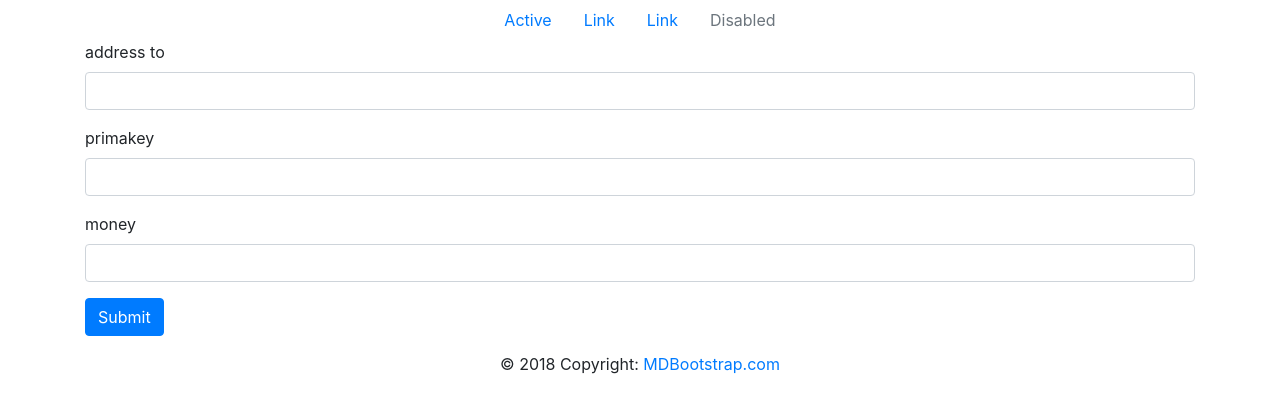
Repository: tienvins/vinsofts-blockchain-training-Oct2018
Page: http://localhost/
The author's editor kept a copy of each file at every save. The page is drawn from the files as they stood at one save, then again after the next save.
The browser window is 1280 px wide. The pictures show the whole page.
The page is served by the project's Node server (index.js).

Above is the page before, as saved 2018-11-06 09:34:49.

After the next save:
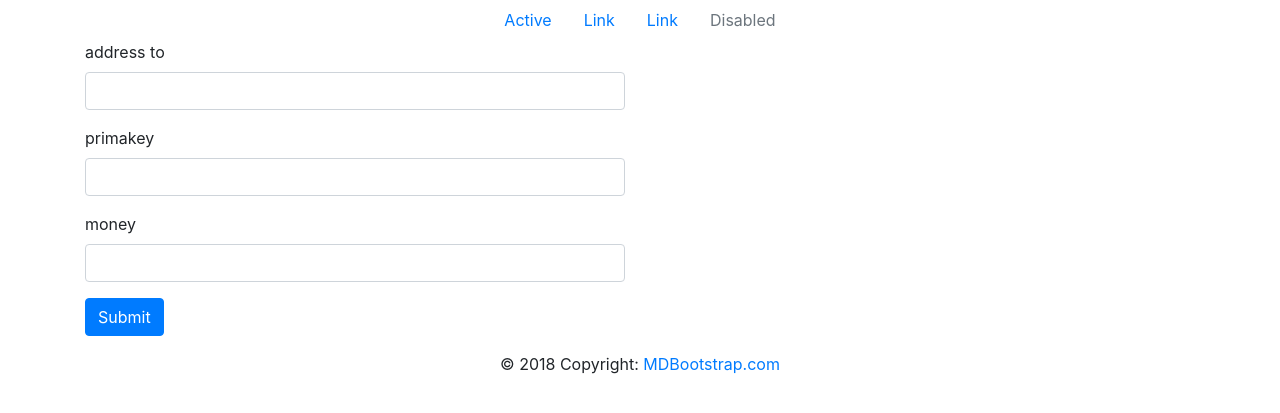
Saved 3 min 16 s later.
--- a/tunglt/dappbetting/views/home/index.ejs
+++ b/tunglt/dappbetting/views/home/index.ejs
@@ -2,21 +2,25 @@
 <!-- Header End -->
 
 <div class="container">
-  <form method="POST" action="transfer">
-    <div class="form-group">
-      <label>address to</label>
-      <input type="text" class="form-control" name="address_to">
+  <div class="row">
+    <div class="col-md-6">
+      <form method="POST" action="transfer">
+        <div class="form-group">
+          <label>address to</label>
+          <input type="text" class="form-control" name="address_to">
+        </div>
+        <div class="form-group">
+          <label>primakey</label>
+          <input type="text" class="form-control" name="privatekey">
+        </div>
+        <div class="form-group">
+          <label>money</label>
+          <input type="number" class="form-control" name="money">
+        </div>
+        <button type="submit" class="btn btn-primary">Submit</button>
+      </form>
     </div>
-    <div class="form-group">
-      <label>primakey</label>
-      <input type="text" class="form-control" name="privatekey">
-    </div>
-    <div class="form-group">
-      <label>money</label>
-      <input type="number" class="form-control" name="money">
-    </div>
-    <button type="submit" class="btn btn-primary">Submit</button>
-  </form>
+  </div>
 </div>
 
 <!-- Footer -->
